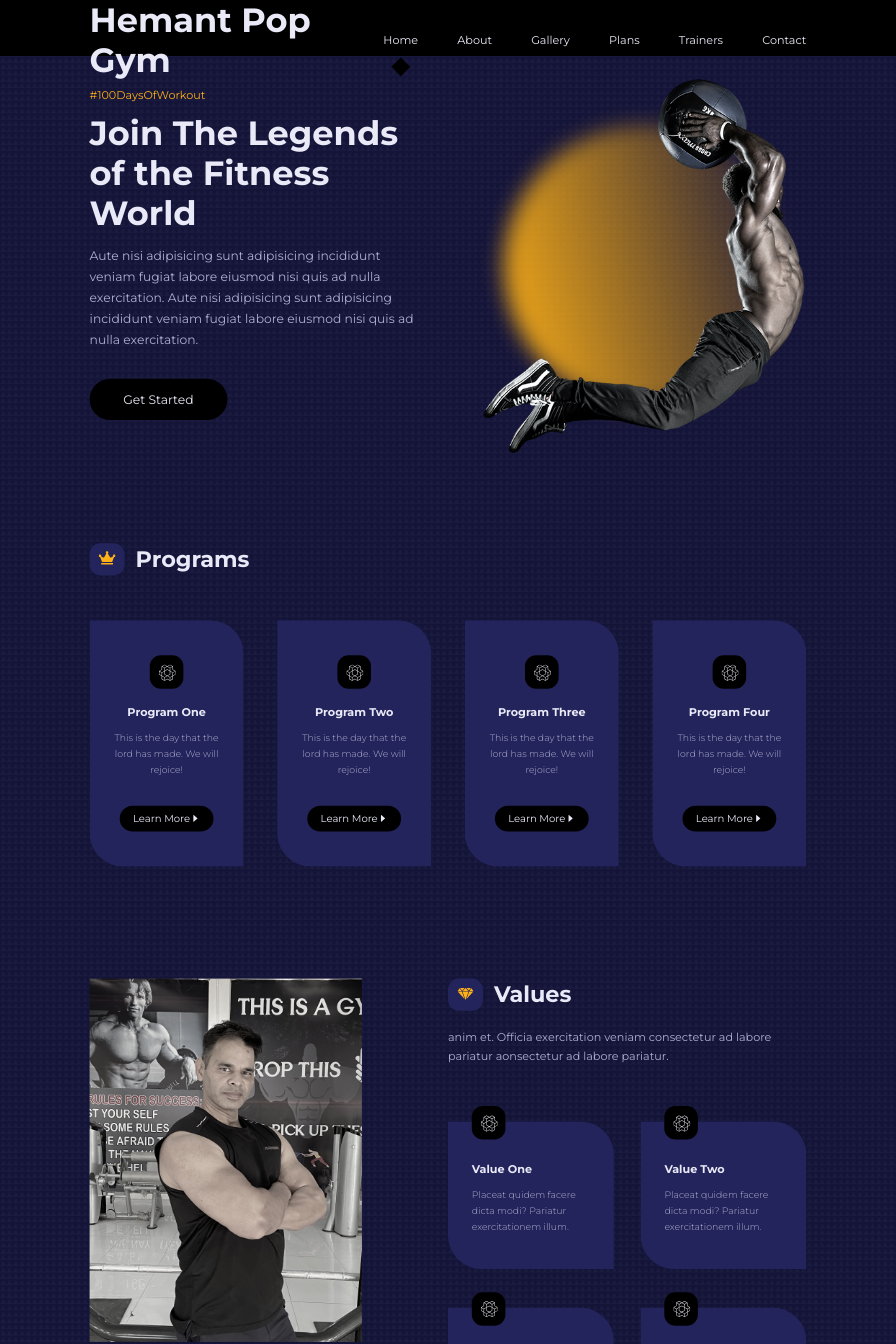
Repository: aryaMode/gym-portfolio
Page: /
An editor plug-in stored every save of this project. The page is shown before and after a run of saves, followed by the edit.
The browser window is 1280 px wide. The pictures show the part of the page from y = 0 to 1920 px (the page is 4018 px tall), at 70% of full size.
The project was rebuilt for these pictures with package versions that can differ from the ones it lists, and the page was loaded fresh each time. Also part of the build but not shown: src/pages/about/about.css, src/components/Header.jsx, src/pages/about/About.jsx, src/pages/contact/contact.css, src/pages/contact/Contact.jsx, src/pages/gallery/gallery.css, src/pages/gallery/Gallery.jsx, src/pages/notFound/notFound.css and 6 more.

Above is the page before, as saved 2023-07-20 16:12:56.

### public/index.html
<!DOCTYPE html>
<html lang="en">

<head>
    <meta charset="UTF-8">
    <meta http-equiv="X-UA-Compatible" content="IE=edge">
    <meta name="viewport" content="width=device-width, initial-scale=1.0">
    <title>Portfolio Website</title>
    <!-- GOOGLE FONTS (montserrat) -->
    <link href="https://fonts.googleapis.com/css2?family=Montserrat:wght@300;400;500;600;700&display=swap"
        rel="stylesheet">
</head>

<body>
    <div id="root"></div>
</body>

</html>

### src/App.jsx
// rafce -> shortcut to create component and export
import { BrowserRouter, Routes, Route } from "react-router-dom";
import React from "react";
import Home from "./pages/home/Home";
import About from "./pages/about/About";
import Contact from "./pages/contact/Contact";
import Gallery from "./pages/gallery/Gallery";
import NotFound from "./pages/notFound/NotFound";
import Plans from "./pages/plans/Plans";
import Trainers from "./pages/trainers/Trainers";
import Navbar from "./components/Navbar";
import Footer from "./components/Footer";

const App = () => {
	return (
		<BrowserRouter>
			<Navbar />
			<Routes>
				<Route index element={<Home />} />
				<Route path="about" element={<About />} />
				<Route path="contact" element={<Contact />} />
				<Route path="gallery" element={<Gallery />} />
				<Route path="plans" element={<Plans />} />
				<Route path="trainers" element={<Trainers />} />
				<Route path="*" element={<NotFound />} />
			</Routes>
			<Footer />
		</BrowserRouter>
	);
};

export default App;

### src/index.css
 *, *::before, *::after{
    margin: 0;
    padding: 0;
    border: 0;
    outline: 0;
    list-style: none;
    text-decoration: none;
    box-sizing: border-box;
 }

 /* CSS Global variable starts with :root {...} check w3school docs for more  info */
 :root{
    --primary-hue: 210;
    --gray-hue: 240;
    /* hsl (hue, saturation, lightness) */
    --color-primary: black;
    --color-primary-variant: hsl(var(--primary-hue), 100%, 65%);
    --color-secondary: #ffb116;
    --color-gray-100: hsl(var(--gray-hue), 47%, 94%); /*almost white colour lightness is almost 100%*/
    --color-gray-200: hsl(var(--gray-hue), 26%, 75%);
    --color-gray-300: hsl(var(--gray-hue), 24%, 64%);
    --color-gray-400: hsl(var(--gray-hue), 16%, 41%);
    --color-gray-500: hsl(var(--gray-hue), 44%, 25%);
    --color-gray-600: hsl(var(--gray-hue), 48%, 15%);

    --container-width-lg: 80%;
    --container-width-md: 90%;

    --transition: all 500ms ease; /* make sure all transition have a constant effect*/
 }

  /******************** GENERAL STYLES ********************/
  body{
    font-family: "Montserrat", sans-serif;
    color: var(--color-gray-200);
    line-height: 1.7;
    overflow-x: hidden;
    background: var(--color-gray-600) url(./images/bg_texture.png);
  }

  .container{
    width: var(--container-width-lg);
    max-width: 1920px;
    margin-inline: auto;
  }

  h1, h2, h3, h4, h5 {
    line-height: 1.2;
    color: var(--color-gray-100);
  }

  h1 {
    font-size: 3rem;
  }

  h2 {
    font-size: 2rem ;
  }

  a {
    color: var(--color-gray-100);
  }

  img{
    display: block;
    object-fit: cover;
    width: 100%;
}

.btn {
    color: var(--color-gray-100);
    width: fit-content;
    margin: 0 auto;
    padding: 0.9rem 2rem;
    background: var(--color-primary);
    border-radius: 1.5rem;
    transition: var(--transition);
}

.btn:hover {
    background: var(--color-secondary);
    color: var(--color-gray-600);
}

.btn.lg {
    padding: 1.2rem 3rem;
    border-radius: 2rem;
    font-size: 1.1rem;
}

.btn.sm {
    padding: 0.4rem 1.2rem;
    font-size: 0.9rem;
}

.btn.sm:hover {
    background: var(--color-gray-100);
}

/******************** SECTION REUSABLE STYLES ********************/
section {
    margin-top: 10rem;
}

.section__head {
    display: flex;
    align-items: center;
    gap: 1rem;
}

.section__head span {
    background: var(--color-gray-500);
    padding: 0.3rem 0.8rem 0;
    border-radius: 1rem;
    color: var(--color-secondary);
    font-size: 1.5rem;
}

.card {
    background: var(--color-gray-500);
    border: 2px solid transparent;
    text-align: center;
    padding: 3rem 2rem;
    border-radius: 0 3rem 0 3rem;
    transition: var(--transition);
}

.card:hover {
    background: transparent;
    border-color: var(--color-gray-400);
    cursor: default;
}

.card span {
    width: 3rem;
    height: 3rem;
    background: var(--color-primary);
    color: var(--color-gray-100);
    font-size: 1.5rem;
    padding: 0.8rem;
    display: grid;
    place-items: center;
    margin-bottom: 1.5rem;
    margin-inline: auto;
    border-radius: 1rem;
    transition: var(--transition);
}

.card:hover span {
    background: var(--color-secondary);
    color: var(--color-gray-500)
}

.card small {
    margin-top: 1rem;
    display: block;
    font-weight: 300;
}

.header {
    margin-top: 5rem;
    height: 20rem;
    overflow: hidden;
    border-bottom: 2px solid var(--color-gray-400);
}

.header__container {
    width: 100%;
    height: 100%;
    position: relative;
    display: grid;
    place-items: center;
    background: #0000;
}

.header__container-lg {
    position: absolute;
    width: 100%;
}

.header__container-lg img {
    opacity: 0.5;
}

.header__content {
    position: relative;
    width: 44%;
    margin: 0 auto;
    text-align: center;
    color: var(--color-gray-100);
}

.header__content h2 {
    margin-bottom: 1rem;
}

.header__content p {
    color: rgba(255, 255, 255, 0.7, green, blue, alpha);
}






/******************** MEADIA QUERIES (medium screens) ********************/
@media screen and (max-width: 1024px) {
    .container {
        width: var(--container-width-md);
    }

    h1 {
        font-size: 2rem;
    }

    h2 {
        font-size: 1.6rem;
    }

    .header__content {
        width: 76%;
    }
}

/******************** MEADIA QUERIES (small screens) ********************/
@media screen and (max-width: 600px) {
    h1 {
        font-size: 2.2rem;
        line-height: 1.3;
    }

    section {
        margin-top: 7rem;
    }

    .header {
        height: fit-content;
    }

    .header__content {
        width: var(--container-width-md);
        padding: 3rem 0;
    }

    .header__content p {
        font-size: 0.85rem;
    }
}

### src/pages/home/Home.jsx
import React from "react";
import "./home.css";
import MainHeader from "../../components/MainHeader";
import Program from "../../components/Program";
import Values from "../../components/Values";
import FAQs from "../../components/FAQs";
import Testimonial from "../../components/Testimonial";
// import Footer from "../../components/Footer";

const Home = () => {
	return (
		<>
			<MainHeader />
			<Program />
			<Values />
			<FAQs />
			<Testimonial />
			{/* <Footer /> comment this out so footer wount be double */}
		</>
	);
};

export default Home;

### src/components/Navbar.jsx
import { useState } from "react";
import { Link, NavLink } from "react-router-dom";
// NavLink comes with an isactive prop which we can use to detect which page we on
// so we can have a special style for that link
import React from "react";
import Logo from "../images/logo.png";
import { links } from "../data";
import { GoThreeBars } from "react-icons/go";
import { MdOutlineClose } from "react-icons/md";
import "./navbar.css";

const Navbar = () => {
	const [isNavShowing, setIsNavShowing] = useState(false);

	const handleNavToggle = () => {
		return setIsNavShowing((prevVAlue) => {
			return !prevVAlue;
		});
	};

	return (
		<nav>
			<div className="container nav__container">
				<Link to="/" className="logo" onClick={handleNavToggle}>
					{/* <img src={Logo} alt="Nav-logo" /> */}
					<h1>Hemant Pop Gym</h1>
				</Link>
				<ul
					className={`nav__links ${isNavShowing ? "show__nav" : "hide__nav"}`}
				>
					{/* Destructure the links array of object from the links to get each item */}
					{links.map(({ name, path }, index) => {
						return (
							<li key={index}>
								<NavLink
									to={path}
									className={({ isActive }) => (isActive ? "active-nav" : "")}
									onClick={handleNavToggle}
								>
									{name}
								</NavLink>
							</li>
						);
					})}
				</ul>
				<button onClick={handleNavToggle} className="nav__toggle-btn">
					{isNavShowing ? <MdOutlineClose /> : <GoThreeBars />}
				</button>
			</div>
		</nav>
	);
};

export default Navbar;

// export PATH=$PATH:/home/daveworld/bin

### src/components/Footer.jsx
import React from "react";
import { Link } from "react-router-dom";
import Logo from "../images/logo.png";
import { FaLinkedin } from "react-icons/fa";
import { FaFacebookF } from "react-icons/fa";
import { AiOutlineTwitter } from "react-icons/ai";
import { AiFillInstagram } from "react-icons/ai";

const Footer = () => {
	return (
		<footer>
			<div className="container footer__container">
				<article>
					<Link to="/" className="logo">
						{/* <img src={Logo} alt="Footer Logo" /> */}
						<h1>Hemant Pop Gym</h1>
					</Link>
					<p>
						Consectetur non nostrud enim nostrud est culpa ullamco incididunt
						nisi. Consectetur non nostrud enim nostrud est culpa ullamco
						incididunt nisi.
					</p>
					<div className="footer__socials">
						<a
							href="https://www.linkedin.com/in/eniola-ademola-7386161a7/"
							target="_blank"
							rel="noreferrer noopener"
						>
							<FaLinkedin />
						</a>
						<a
							href="https://facebook.com/"
							target="_blank"
							rel="noreferrer noopener"
						>
							<FaFacebookF />
						</a>
						<a
							href="https://twitter.com/_daveworld"
							target="_blank"
							rel="noreferrer noopener"
						>
							<AiOutlineTwitter />
						</a>
						<a
							href="https://instagram.com/_daveworld"
							target="_blank"
							rel="noreferrer noopener"
						>
							<AiFillInstagram />
						</a>
					</div>
				</article>
				<article>
					<h4>Permalinks</h4>
					<Link to="/about">About</Link>
					<Link to="/plans">Plans</Link>
					<Link to="/trainers">Trainers</Link>
					<Link to="/gallery">Gallery</Link>
					<Link to="/contact">Contact</Link>
				</article>
				<article>
					<h4>Insights</h4>
					<Link to="/s">Blog</Link>
					<Link to="/s">Case Studies</Link>
					<Link to="/s">Events</Link>
					<Link to="/s">Communities</Link>
					<Link to="/constact">FAQs</Link>
				</article>
				<article>
					<h4>Get In Touch</h4>
					<Link to="/contact">Plans</Link>
					<Link to="/s">Trainers</Link>
				</article>
			</div>
			<div className="footer__copyright">
				<small> &copy; Eniola Ademola </small>
			</div>
		</footer>
	);
};

export default Footer;

### src/components/MainHeader.jsx
import React from "react";
import { Link } from "react-router-dom";
import Image from "../images/main_header.png";

const MainHeader = () => {
	return (
		<header className="main__header">
			<div className="container main__header-container">
				<div className="main__header-left">
					<h4>#100DaysOfWorkout</h4>
					<h1>Join The Legends of the Fitness World</h1>
					<p>
						Aute nisi adipisicing sunt adipisicing incididunt veniam fugiat
						labore eiusmod nisi quis ad nulla exercitation. Aute nisi
						adipisicing sunt adipisicing incididunt veniam fugiat labore eiusmod
						nisi quis ad nulla exercitation.
					</p>
					<Link to="/plans" className="btn lg">
						Get Started
					</Link>
				</div>
				<div className="main__header-right">
					<div className="main__header-circle"></div>
					<div className="main__header-image">
						<img src={Image} alt="MainHeaderImage" />
					</div>
				</div>
			</div>
		</header>
	);
};

export default MainHeader;

### src/components/Program.jsx
import React from "react";
import { FaCrown } from "react-icons/fa";
import SectionHead from "./SectionHead";
import { programs } from "../data";
import Card from "../UI/Card";
import { Link } from "react-router-dom";
import { AiFillCaretRight } from "react-icons/ai";

const Program = () => {
	return (
		<section className="programs">
			<div className="container programs container">
				<SectionHead icon={<FaCrown />} title="Programs" />

				<div className="program__wrapper">
					{programs.map(({ id, icon, title, info, path }) => {
						return (
							<Card className="programs__program" key={id}>
								<span>{icon}</span>
								<h4>{title}</h4>
								<small>{info}</small>
								<Link to={path} className="btn sm">
									Learn More <AiFillCaretRight />
								</Link>
							</Card>
						);
					})}
				</div>
			</div>
		</section>
	);
};

export default Program;

### src/components/Values.jsx
import React from "react";
import Image from "../images/values.jpg";
import SectionHead from "./SectionHead";
import { GiCutDiamond } from "react-icons/gi";
import { values } from "../data";
import Card from "../UI/Card";

const Values = () => {
	return (
		<section className="values">
			<div className="container values__container">
				<div className="values__left">
					<div className="values__image">
						<img src={Image} alt="values Image" />
					</div>
				</div>
				<div className="values__right">
					<SectionHead icon={<GiCutDiamond />} title="Values" />
					<p>
						anim et. Officia exercitation veniam consectetur ad labore pariatur
						aonsectetur ad labore pariatur.
					</p>
					<div className="values__wrapper">
						{values.map(({ id, icon, title, desc }) => {
							return (
								<Card className="values__value" key={id}>
									<span>{icon}</span>
									<h4>{title}</h4>
									<small>{desc}</small>
								</Card>
							);
						})}
					</div>
				</div>
			</div>
		</section>
	);
};

export default Values;

### src/components/FAQs.jsx
import React from "react";
import { FaQuestion } from "react-icons/fa";
import { faqs } from "../data";
import FAQ from "./FAQ";
import SectionHead from "./SectionHead";
const FAQs = () => {
	return (
		<section className="faqs">
			<div className="container faqs__container">
				<SectionHead icon={<FaQuestion />} title="FAQs" />
				<div className="faqs__wrapper">
					{faqs.map(({ id, question, answer }) => {
						return <FAQ key={id} question={question} answer={answer} />;
					})}
				</div>
			</div>
		</section>
	);
};

export default FAQs;

### src/components/Testimonial.jsx
import React, { useState } from "react";
import SectionHead from "./SectionHead";
import { ImQuotesLeft } from "react-icons/im";
import Card from "../UI/Card";
import {
	IoIosArrowDropleftCircle,
	IoIosArrowDroprightCircle,
} from "react-icons/io";
import { testimonials } from "../data";

const Testimonial = () => {
	const [index, setIndex] = useState(0);
	const { name, quote, job, avatar } = testimonials[index];

	const handlePreviousTestimonial = () => {
		setIndex((prevValue) => {
			return prevValue - 1;
		});
		if (index <= 0) {
			setIndex(testimonials.length - 1);
		}
	};
	const handleAfterTestimonial = () => {
		setIndex((prevValue) => {
			return prevValue + 1;
		});
		if (index >= testimonials.length - 1) {
			setIndex(0);
		}
	};

	return (
		<section className="testimonials">
			<div className="container testimonial__container">
				<SectionHead
					icon={<ImQuotesLeft />}
					title="Testimonials"
					className="testimonials__head"
				/>
				<Card className="testimonial">
					<div className="testimonial__avatar">
						<img src={avatar} alt={name} />
					</div>
					<p className="testimonial__quote">{`"${quote}"`}</p>
					<h5>{name}</h5>
					<small className="testimonial__title">{job}</small>
				</Card>
				<div className="testimonial__btn-container">
					<button
						className="testimonials__btn"
						onClick={handlePreviousTestimonial}
					>
						<IoIosArrowDropleftCircle />
					</button>
					<button
						className="testimonials__btn"
						onClick={handleAfterTestimonial}
					>
						<IoIosArrowDroprightCircle />
					</button>
				</div>
			</div>
		</section>
	);
};

export default Testimonial;

### src/UI/Card.jsx
import React from "react";

const Card = ({ className, children }) => {
	return <article className={`card ${className}`}>{children}</article>;
};

export default Card;

### src/components/navbar.css
nav{
    height: 5rem;
    width: 100vw; /*100% of the window/browser*/
    background: var(--color-primary);
    display: grid;
    place-items: center;
    position: fixed; /*commnt this to see hiden layers*/
    top: 0;
    left: 0;
    z-index: 99; /* makes sure it sit on all items*/
}

/* Only show on medium and small screens */
.nav__toggle-btn {
    display: none;
}

.nav__container {
    height: 100%;

    display: flex;
    justify-content: space-between;
    align-items: center;
    position: relative;
}

.logo{
    /* width: 50vw; */

    margin-right: 50px;
    display: flex;
}

.nav__links{
    display: flex;
    gap: 3.5rem;
    align-items: center;
}

.nav__links a {
    transition: var(--transition);
}

.nav__links a:hover {
    color: var(--color-secondary);
}

.active-nav {
    position: relative;
}

.active-nav::after{
    content: "";
    display: block;
    width: 1.2rem;
    height: 1.2rem;
    background-color: var(--color-primary);
    position: absolute;
    left: calc(50% - 0.6rem);
    transform: rotate(45deg);
    margin-top: 0.9rem;
}

 /******************** MEDIA QUERIES (mesium and small screens) ********************/
 @media screen and (max-width: 1024px) {
    .nav__toggle-btn {
        display: inline-block;
        background: transparent;
        font-size: 1.8rem;
        cursor: pointer;
    }

    .nav__toggle-btn svg{
        color: var(--color-gray-100);
    }

    .nav__links {
        position: absolute;
        top: 100%;
        right: 0;
        flex-direction: column;
        gap: 0;
        perspective: 400px;
    }

    .active-nav {
        display: none;
    }

    .active-nav, .active-nav::after{
        display: none;
    }

    .nav__links li {
        height: 4rem;
        width: 100%;
        box-shadow: -2rem 2rem 5rem rgba(0, 0, 0, 0.5);
        animation: navAnimation 600ms ease forwards;
        transform: rotateX(90deg);
        opacity: 0;
        transform-origin: top;
    }

    .nav__links li:nth-child(2) {
        animation-delay: 200ms;
    }
    .nav__links li:nth-child(3) {
        animation-delay: 400ms;
    }
    .nav__links li:nth-child(4) {
        animation-delay: 600ms;
    }
    .nav__links li:nth-child(5) {
        animation-delay: 800ms;
    }
    .nav__links li:nth-child(6) {
        animation-delay: 1s;
    }
    .nav__links li:nth-child(7) {
        animation-delay: 1.2s;
    }

    @keyframes navAnimation {
        to {
            transform: rotateX(0);
            opacity: 1;
        }
    }

    .nav__links li a {
        background-color: var(--color-primary);
        height: 100%;
        width: 100%;
        display: flex;
        align-items: center;
        padding: 1rem 5rem 1rem 3rem;
    }

    .show__nav {
        display: flex;
    }

    .hide__nav {
        display: none;
    }

 }

### src/components/SectionHead.jsx
import React from "react";

// A reuseable component for each section name
const SectionHead = ({ icon, title, className }) => {
	return (
		<div className={`section__head ${className}`}>
			<span>{icon}</span>
			<h2>{title}</h2>
		</div>
	);
};

export default SectionHead;

### src/components/FAQ.jsx
import React, { useState } from "react";
import { AiOutlinePlus } from "react-icons/ai";
import { AiOutlineMinus } from "react-icons/ai";

const FAQ = ({ question, answer }) => {
	const [isAnswerShowing, setIsAnswerShowing] = useState(false);

	const handleFAQ = () => {
		return setIsAnswerShowing((prevValue) => {
			return !prevValue;
		});
	};

	return (
		<article className="faq" onClick={handleFAQ}>
			<div>
				<h4>{question}</h4>
				<button className="faq__icon">
					{isAnswerShowing ? <AiOutlineMinus /> : <AiOutlinePlus />}
				</button>
			</div>
			{isAnswerShowing && <p>{answer}</p>}
		</article>
	);
};

export default FAQ;

Loaded but not shown: src/index.js (common file); src/data.js (320 lines, source omitted); src/pages/home/home.css (412 lines, source omitted)

After the next 2 saves:
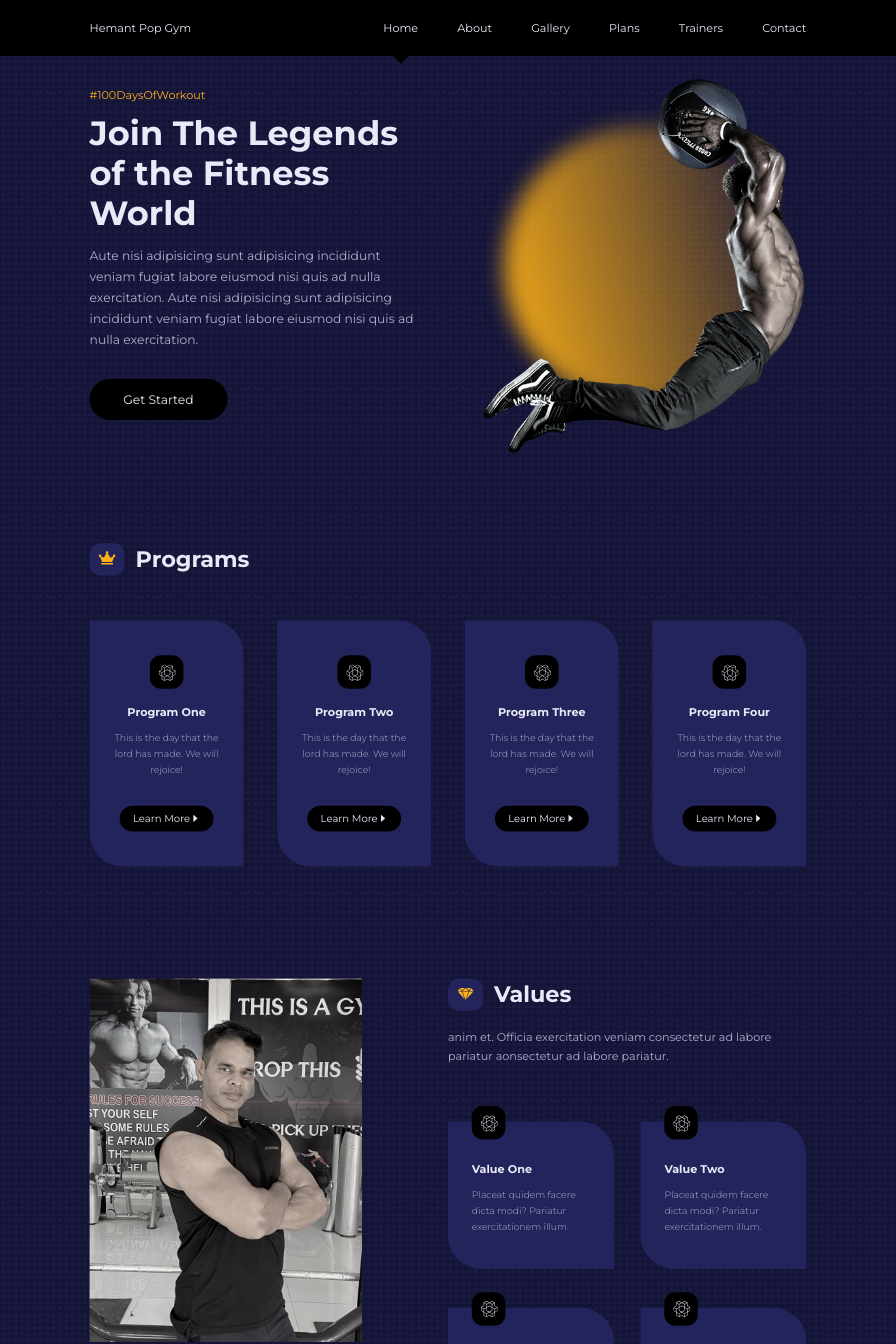
The 2 saves are shown as one change because 1 did not build or start.
The last was saved 117 s later.
--- a/src/components/Navbar.jsx
+++ b/src/components/Navbar.jsx
@@ -23,7 +23,7 @@ const Navbar = () => {
 			<div className="container nav__container">
 				<Link to="/" className="logo" onClick={handleNavToggle}>
 					{/* <img src={Logo} alt="Nav-logo" /> */}
-					<h1>Hemant Pop Gym</h1>
+					<div>Hemant Pop Gym</div>
 				</Link>
 				<ul
 					className={`nav__links ${isNavShowing ? "show__nav" : "hide__nav"}`}
